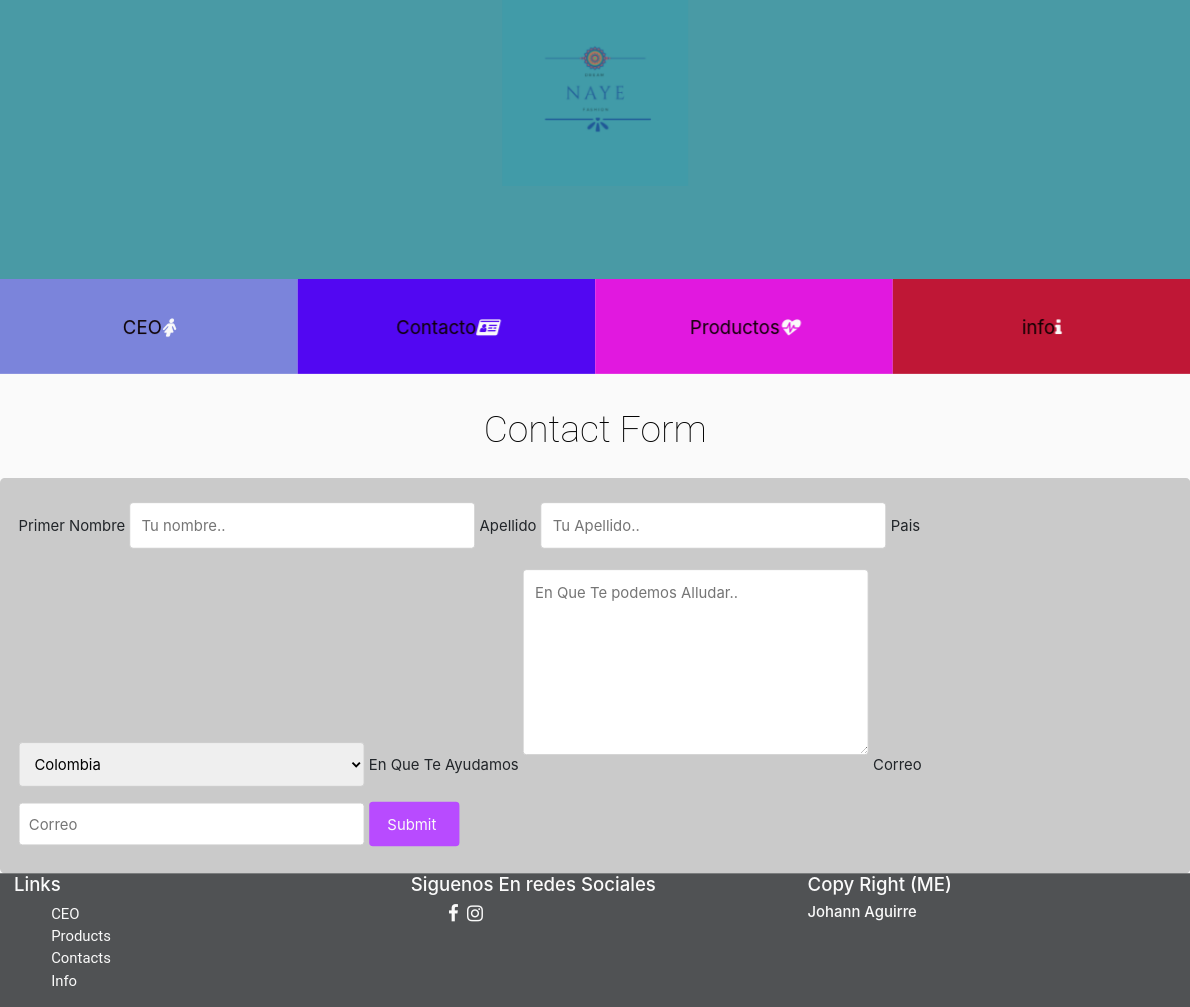
Repository: cachimiro/1-mile-stone-project
Page: contacts.html
The author's editor kept a record of every edit. The page is drawn from the files as they stood at one moment, then again after the next edit.
The browser window is 1280 px wide. The pictures show the whole page, at 93% of full size.
Some web libraries are served in a nearby version.

Above is the page before.

### contacts.html
<!DOCTYPE html>
<html lang="es">

<head>
    <meta charset="UTF-8">
    <meta name="viewport" content="width=device-width, initial-scale=1.0">
    <meta http-equiv="X-UA-Compatible" content="ie=edge">
    <link rel="stylesheet" href="https://stackpath.bootstrapcdn.com/bootstrap/4.2.1/css/bootstrap.min.css" type="text/css" />
    <link rel="stylesheet" href="https://stackpath.bootstrapcdn.com/font-awesome/4.7.0/css/font-awesome.min.css" type="text/css" />
    <link rel="stylesheet" href="https://cdnjs.cloudflare.com/ajax/libs/hover.css/2.3.1/css/hover-min.css" type="text/css" />
    <link rel="stylesheet" href="css/style.css" type="text/css" />
    <title>NAYE accesirios</title>
</head>

<body>


    <section class="bg-color-lightblue">
        <div class="row no-gutters nowrap">
            <a href="index.html" class="col-sx-12 col logo-3 ">
            <img src="photo/logo.png" alt="logo"/>


            </a>






        </div>
        <div class="row no-gutters inline-block">
                    <div class="col"></div>
                    <ul id="nav" class="list-inline menucontainer">
                        <li class="col-6 col-sm-3 ui-menu-color-ceo list-inline-item menuitem-1">
                            <a href="#" class="hvr-icon-spin">CEO<i class="fa fa-ceo hvr-icon" aria-hidden="true"> <span><i class="fas fa-female"></i></span></i>  </a>
                        </li>
                        <li class="col-6 col-sm-3 ui-menu-color-contacto list-inline-item menuitem-1">
                            <a href="#" class="hvr-icon-drop">Contacto<i class="fa fa-contact hvr-icon" aria-hidden="true"> <span><i class="far fa-id-card"></i></span></i>  </a>
                        </li>
                        <li class="col-6 col-sm-3 ui-menu-color-productos list-inline-item menuitem-1">
                            <a href="productos.html" class="hvr-icon-buzz"> Productos<i class="fa fa-crown hvr-icon" aria-hidden="true"> <span><i class="fas fa-heartbeat"></i></span></i>  </a>
                        </li>
                        <li class="col-6 col-sm-3 ui-menu-color-info list-inline-item menuitem-1">
                            <a href="#" class="hvr-icon-sink-away">info<i class="fa fa-info hvr-icon" aria-hidden="true"></i>  </a>
                        </li>

                        </li>
                    </ul>

                </div>

        </div>
       <h3 class="contact-firm">Contact Form</h3>

<div class="container-6">
  <form action="/action_page.php">
    <label for="fname">Primer Nombre</label>
    <input type="text" id="fname" name="firstname" required placeholder="Tu nombre..">

    <label for="lname">Apellido</label>
    <input type="text" id="lname" name="lastname" required placeholder="Tu Apellido..">

    <label for="country">Pais</label>
    <select id="country" name="country">
      <option value="colombia">Colombia</option>
      <option value="canada">Canada</option>
      <option value="venezuela">Venezuela</option>
      <option value="peru">Peru</option>
      <option value="brazil">Brazil</option>
      <option value="bolivia">Bolivia</option>
      <option value="panama">Panama</option>
      <option value="chile">Chile</option>
      <option value="argentina">Argentina</option>
      <option value="uruguay">Uruguay</option>
      <option value="paraguay">Paraguay</option>
      <option value="ecuador">Ecuador</option>
      <option value="costa-rica">Costa Rica</option>
      <option value="honduras">Honduras</option>
      <option value="nicaragua">Nicaragua</option>
      <option value="mexicp">Mexico</option>
      <option value="uk">UK</option>
    </select>

    <label for="subject">En Que Te Ayudamos</label>
    <textarea id="subject" name="subject" placeholder="En Que Te podemos Alludar.." style="height:200px"></textarea>
    <label for="email">Correo</label>
    <input type="email" id="email" name="email" placeholder="Correo" required/>
    <input type="submit" value="Submit " class="submit-3">
  </form>
</div>




    </section>
    <footer class="container-fluid">
        <div id="footer-detail" class="row">
            <div class="col-sm-4">
                <h5 class="uppercase general-sub">Links</h5>
                <p class="inline-block">
                    <ul class="links-footer">
                        <a href="#">
                            <li>
                                CEO
                            </li>
                        </a>
                        <a href="#">
                            <li>
                                Products
                            </li>
                        </a>
                        <a href="#">
                            <li>
                                Contacts
                            </li>
                        </a>
                        <a href="#">
                            <li>
                                Info
                            </li>
                        </a>
                    </ul>
                </p>
            </div>
            <div class="col-sm-4">
                <h5 class="uppercase general-sub">Siguenos En redes Sociales</h5>
                <ul class="social-media-icons">
                    <li class="list-inline-item">
                        <a href="https://m.facebook.com/Nayeaccesorio/" target="_blank" class="">
                        <i class="fa fa-facebook" aria-hidden="true"></i>
                        <span class="sr-only">Facebook</span>
                        </a>
                    </li>
                    <li class="list-inline-item"></li>
                    <a href="https://www.instagram.com/nayeaccesorios/" target="_blank" class="">
                         <i class="fa fa-instagram" aria-hidden="true"></i>
                            <span class="sr-only">Instagram</span>
                            </a>
                    </li>
                </ul>
            </div>
            <div class="col-sm-4">
                <h5 class="uppercase general-sub"> Copy Right (ME)</h5>
                <h6>Johann Aguirre</h6>





            </div>
        </div>


    </footer>
</body>

</html>

### css/style.css
@import url('https://fonts.googleapis.com/css?family=Roboto+Slab&display=swap');
/*----------colours*/

header {
    margin: 0;
    background-color: #419ba8;
    color: #f9f7fa;


}

.bg-color-name-title {
    padding-top: 30px;
}


.ui-menu-color-ceo {
    background-color: #7b84db;
    transition: all .5s ease-in-out;
    -moz-transition: all .5s ease-in-out;
    -webkit-transition: all .5s ease-in-out;


}

.ui-menu-color-contacto {
    background-color: #5207f2;
    transition: all .5s ease-in-out;
    -moz-transition: all .5s ease-in-out;
    -webkit-transition: all .5s ease-in-out;

}

.ui-menu-color-productos {
    background-color: #e118df;
    transition: all .5s ease-in-out;
    -moz-transition: all .5s ease-in-out;
    -webkit-transition: all .5s ease-in-out;

}

.ui-menu-color-info {
    background-color: #bf1736;
    transition: all .5s ease-in-out;
    -moz-transition: all .5s ease-in-out;
    -webkit-transition: all .5s ease-in-out;

}

/*---------------sosial links colors*/

.social-links i {
    color: black;
}

/*-------------------heading, decoration*/

.list-inline-item:not(:last-child) {
    margin: 0;
}

.bg-color-name-title {
    padding-top: 30px;
    font-family: "roboto", sans-serif;
    text-align: center;
}

.title {
    font-weight: 200;
    padding-bottom: 15px;
}

.name {
    font-weight: 400;
    padding-top: 10px;
}





i {
    color: #fafafa;

}

.inline-block {
    display: inline;
}

a {
    color: #0d0101;
}

a:hover {
    text-decoration: none;
    color: #fafafa;
}

.logo {
    background: url("../photo/natalia.jpg");
    background-position: center;
    background-repeat: no-repeat;
    background-size: cover;
    height: 410px;
    width: 370px;
    border-top-right-radius: 5%;
    border-bottom-right-radius: 5%;
    transition: all .5s ease-in-out;
    -moz-transition: all .10s ease-in-out;
    -webkit-transition: all .10s ease-in-out;
}

.menucontainer{
 font-size: 0;
}
#nav li {
    font-size: 20px;
    padding: 0;

}

.menuitem {
    line-height: 100px;
    text-align: center;

}


/*----------------drop down button*/

.dropbtn {
    background-color: transparent;
    color: #222020;
    padding: 16px;
    font-size: 12px;
    border: none;
}

.dropdown i {
    color: #000000;
    font-size: 20px;
}

.dropdown {
    position:static;
    display: inline-block;
    text-align: right;

}

.dropdown-content {
    display: none;
    position: absolute;
    background-color: #fafafa;
    min-width: 16px;
    box-shadow: 0px 8px 16px 0px rgba(0, 0, 0, 0.2);
    z-index: 1;
    border-radius: 20%;
}

.dropdown-content a {
    color: #000000;
    padding: 12px 16px;
    text-decoration: none;
    display: block;
}

.dropdown-content a:hover {
    background-color: #eb1e03;
    border-radius: 50%;


}

.dropdown:hover .dropdown-content {
    display: block;
}

.dropdown:hover .dropbtn {
    background-color: none;


}

/*-----------------------------section personal informtion informacion*/

.section-heading{
    padding: 10px;
    text-align: center;
}
.add-padding {
    padding-top: 10px;
}

.add-padding-3 {
    padding-bottom: 50px;
}

.move-icon {
    padding-left: 15px;
    padding-top: 10px;
}

.move-icon-3 {
    padding-left: 10px
}

.three-reasons-icon {
    color: #0284f3;
    font-size: 24px;

}

.colour-of-infimacion {
    background-color: #23d9b7;
    border-top-right-radius: 5%;
    border-bottom-right-radius: 5%;
}


.personal-info-item {
    margin-bottom: 20px;
    display: block;
    clear: both;

}

.col-md-4 {
    padding-right: 0;
}

.personal-info-item .key,
.personal-info-item .value {
    padding-right: 8px;
    display: inline-block;

}

.personal-info-item .key p,
.personal-info-item .value p {
    margin: 0;
}

.move-right {
    padding-top: 50px;
}

.personal-info-item .key {
    width: 30%;
    margin-right: 21px;
    padding-top: 2px;
    vertical-align: top;
}

.personal-info-item .key p {
    font-weight: 900;

}

.personal-info-item .value {
    position: relative;
    width: 60%;
}

/*----------------------------section icons*/

h3 i {
    color: #0517ea;
    padding-left: 10px;
}

/*---------------------footer links*/

.links-footer {
    font-family: "roboto", sans-serif;
    padding-right: 250px;



}

.links-footer li {
    color: #fafafa;
    text-decoration: none;
    list-style-type: none;
}

.links-footer li:hover {
    color: #e80c0c;


}

/*-----------------------footer*/

.social-media-icons i {
    color: #fafafa;
    text-align: center;
    font-size: 20px;


}

.social-media-icons i:hover {
    background-color: #e80c0c;
    border-radius: 50%;
    height: 30px;
    width: 30px;
    padding-top: 5px;
    transition-duration: 1s;



}

footer {
    background-color: #505254;
    margin: 0;
    color: #fafafa;


}




/*---------------------------------productos.html*/

/*------------------------------header*/

.productos-html {
     background:url("../photo/cano.jpg");
     background-repeat: none;
}

.bg-color-photo-section{
    background:url("../photo/cano.jpg");
    background-repeat: none;
}
.logo-2 {
    text-align: center;
    top: -56px;
    background-repeat: no-repeat;
    width: 280px;
    height: 280px;
    margin: 0px;
    padding: 0px;
    background-color: #499aa5;
    transition: all 2s ease-in-out;
    -moz-transition: all 2s ease-in-out;
    -webkit-transition: all 2s ease-in-out;
}


.nowrap {
    flex-wrap: wrap-reverse;
}

/*--------------------------------------------section*/

/*----------------------------------image*/

.photo-adjust {
    margin: 0;
    padding: 0;
    display: block;
    top: -21px;
    line-height: 20px;


}
.photo-1{
    border-radius: 50%;
     -webkit-transition: border-radius 2s;
  transition: border-radius 2s;
}
.photo-1:hover{
  border-radius: 0;
  transition-duration: 1s;

}



.dropdown-links {
    line-height: 100px;
    text-align: center;

}
.dropbtn-links{
    top: -56px;
    padding: 0;
    margin: 0;
}
/*--------------------------hover image information*/
.font-style{
    color: #111111;
    font-family: "roboto", sans-serif;
    font-weight: 600;
    text-align: center;
    text-shadow: 2px 2px #28c7db;
    padding: 10px;
}
/*-------------------------drop-down-button-2*/
.dropdown-2{
    position: static;
    right: -500px;
    top:13;
    z-index: 1;

}
.dropbtn-2 {
    background-color: transparent;
    color: #222020;
    padding: 16px;
    font-size: 12px;
    border: none;
}

.dropdown-2 i {
    color: #222020;
    font-size: 20px;
}




.dropdown-content-2 {
    display: none;
    position: absolute;
    background-color: #fafafa;
    min-width: 16px;
    box-shadow: 0px 8px 16px 0px rgba(0, 0, 0, 0.2);
    z-index: 1;
    border-radius: 20%;
}

.dropdown-content-2 a {
    color: #000000;
    padding: 12px 16px;
    text-decoration: none;
    display: block;
}

.dropdown-content-2 a:hover {
    background-color: #eb1e03;
    border-radius: 50%;


}

.dropdown-2:hover .dropdown-content-2 {
    display: block;
}

.dropdown-2:hover .dropbtn-2 {
    background-color: #3fbec8;


}
/*------------------------------------contactos.html*/
.bg-color-lightblue{
    background-color: #fafafa;
}
.logo-3{
     text-align: center;
    top: -56px;
    background-repeat: no-repeat;
    width: 280px;
    height: 300px;
    margin: 0px;
    padding: 0px;
    position: static;
    background-color: #499aa5;
    transition: all 2s ease-in-out;
    -moz-transition: all 2s ease-in-out;
    -webkit-transition: all 2s ease-in-out;
}
.menuitem-1{
    line-height: 100px;
    text-align: center;
}
/*---------------------------------contact form*/
.contact-firm{
    text-align: center;
    font-size: 40px;
    font-weight: 200;
    font-family: "roboto" ,sans-serif;
    padding: 20px;
    color: #000000;

}
input[type=email]{
    width: 30%;
    border-radius: 4px;
    margin-bottom: 10px;
    padding: 10px;
    border:1px solid #cccccc;
}
input[type=text], select, textarea {
  width: 30%;
  padding: 12px;
  border: 1px solid #cccccc;
  border-radius: 4px;
  box-sizing: border-box;
  margin-top: 6px;
  margin-bottom: 16px;
  resize: vertical;
}

input[type=submit] {
  background-color: #b84bff;
  color: #fafafa;
  padding: 12px 20px;
  border: none;
  border-radius: 4px;
  cursor: pointer;
}

input[type=submit]:hover {
  background-color: #5009ff;
}

.container-6 {
  border-radius: 5px;
  background-color:#cacaca;
  padding: 20px;
}
/*--------------------------------info.html*/

.progress{
    border-radius: 10px;
}

.progress-bar{
    background-color: #122a2f;
}

.info-header{
    background-color: #419ba8;
}
.logo-4{
     text-align: center;
    top: -56px;
    background-repeat: no-repeat;
    width: 280px;
    height: 300px;
    margin: 0px;
    padding: 0px;
    position: static;
}
.menuitem-3{
    line-height: 100px;
    text-align: center;
    display: static;
    top: -20px;
}
.colour-section{
    background-color: #fafafa;
    color: #000000;
}
/*------------------------------media querys*/
@media  (max-width : 400px){
    section{
  background-color: #5d84a6;
  color:#fafafa;

}
}
@media  (max-width : 450px){
     section .colour-of-infimacion{
       border-radius: 0;
    }
}
@media (max-width : 450px){
    header .logo{
        border-radius: 0;
        width: 100%;
    }
}
@media (max-width : 450px){
    header .menuitem{
        border-radius: 0;
    }

}

After the next edit:
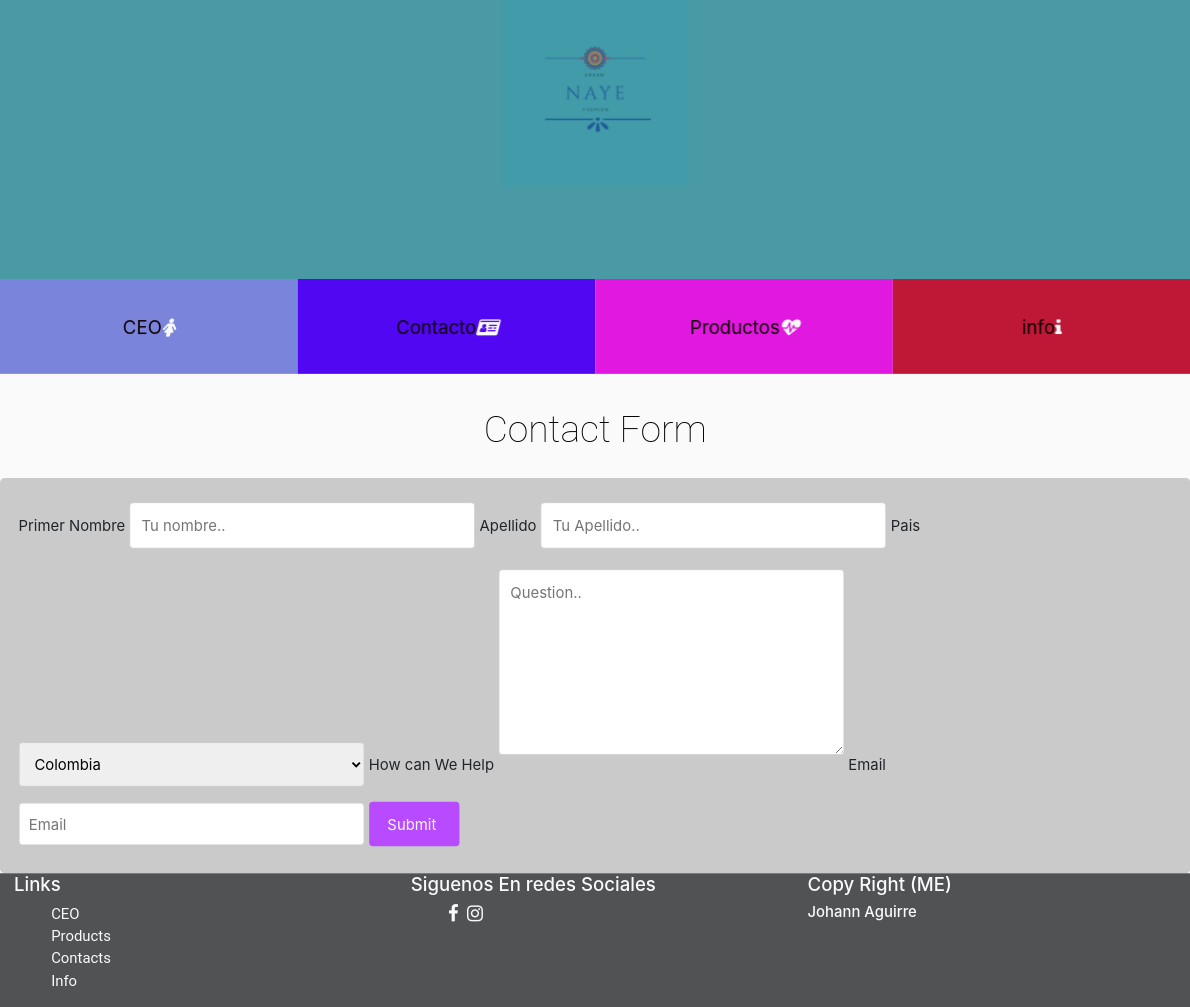
The edit:
--- a/contacts.html
+++ b/contacts.html
@@ -82,10 +82,10 @@
       <option value="uk">UK</option>
     </select>
 
-    <label for="subject">En Que Te Ayudamos</label>
-    <textarea id="subject" name="subject" placeholder="En Que Te podemos Alludar.." style="height:200px"></textarea>
-    <label for="email">Correo</label>
-    <input type="email" id="email" name="email" placeholder="Correo" required/>
+    <label for="subject">How can We Help</label>
+    <textarea id="subject" name="subject" placeholder="Question.." style="height:200px"></textarea>
+    <label for="email">Email</label>
+    <input type="email" id="email" name="email" placeholder="Email" required/>
     <input type="submit" value="Submit " class="submit-3">
   </form>
 </div>
